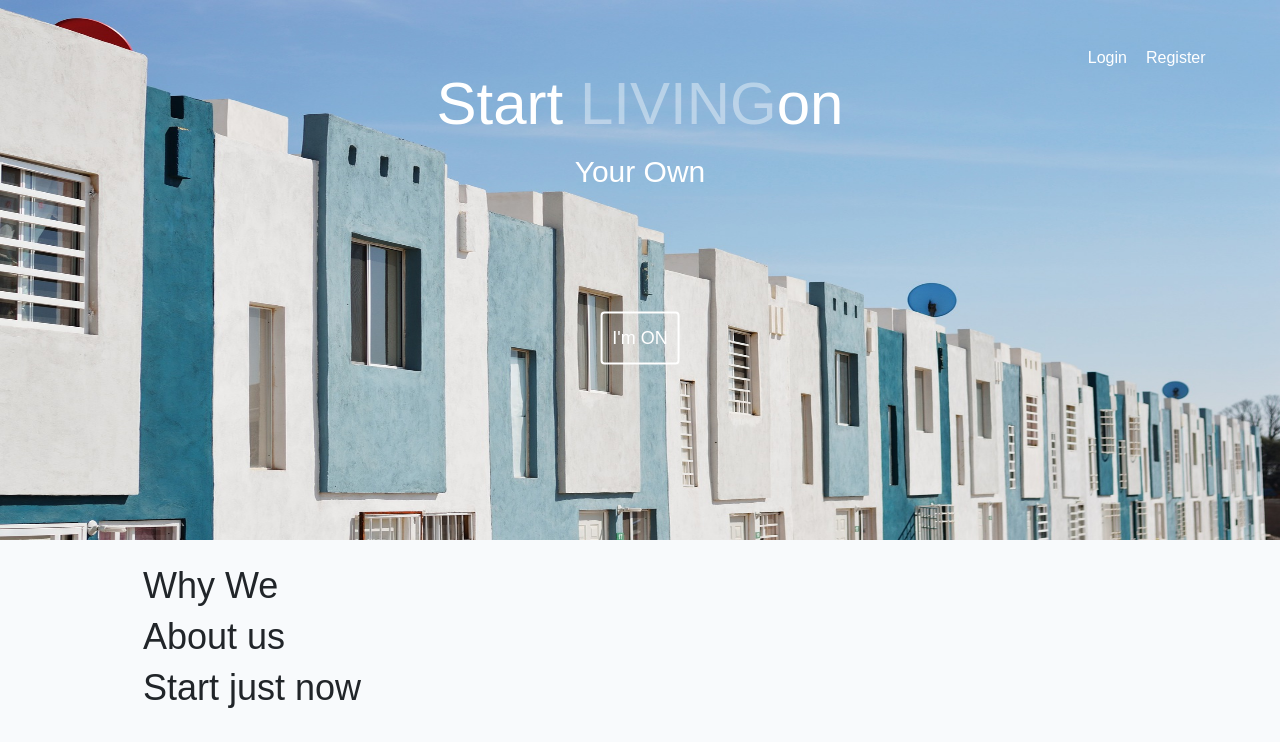
Repository: PatryxB/buildHouse
Page: http://localhost/
An editor plug-in stored every save of this project. The page is shown before and after the next save, followed by the edit.
The browser window is 1280 px wide. The pictures show the whole page.
Some web fonts or font styles are not loaded; a fallback is used. The page is served by the project's Laravel application, run on PHP 8.4 with Laravel 8. Style sheets and scripts are compiled from the project's sources, by tool versions that may differ from the author's.

Above is the page before, as saved 2020-04-30 20:32:50.

After the next save:
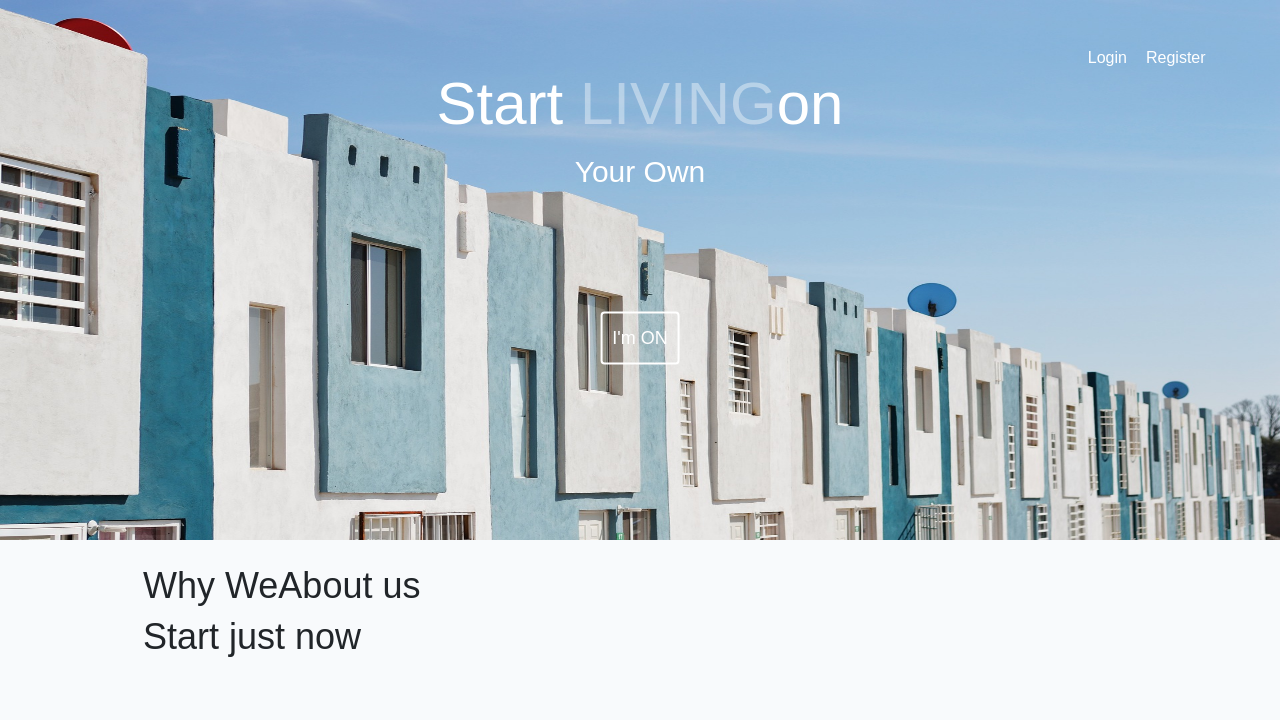
Saved 22 s later.
--- a/resources/views/welcome.blade.php
+++ b/resources/views/welcome.blade.php
@@ -28,7 +28,7 @@
         @section('content')
 
             <div class="container">
-                <div><h1>Why We</h1></div>
+                <div style="float:left"><h1>Why We</h1></div>
                 <div><h1>About us</h1></div>
                 <div><h1>Start just now</h1></div>
             </div>
